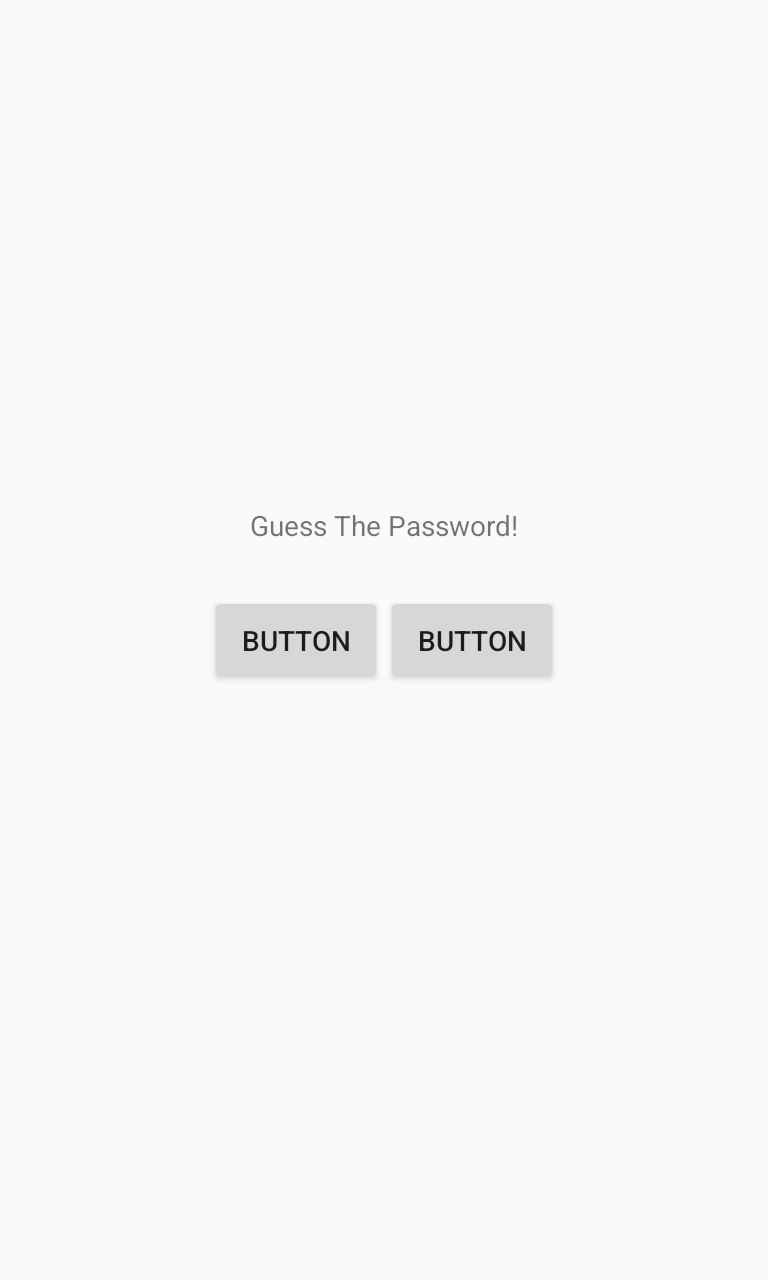
Repository: cryder3/csc303
Layout: Challenge1/res/layout/activity_topsecret.xml
The author's editor kept a copy of each file at every save. The layout is drawn from the files as they stood at one save, then again after the next save.
It is drawn on a 768 x 1280 px phone screen (xhdpi) without system bars, with theme AppTheme; the app's code is not run.

Above is the layout before, as saved 2014-09-08 15:21:03.

### Challenge1/res/layout/activity_topsecret.xml
<LinearLayout xmlns:android="http://schemas.android.com/apk/res/android"
    xmlns:tools="http://schemas.android.com/tools"
    android:id="@+id/LinearLayout1"
    android:layout_width="match_parent"
    android:layout_height="match_parent"
    android:orientation="vertical"
    android:gravity= "center"
    tools:context="${relativePackage}.${activityClass}" >

    <TextView
        android:layout_width="wrap_content"
        android:layout_height="wrap_content"
        android:padding="24dp"
        android:text="Guess The Password!"
        />

    <LinearLayout
        android:layout_width="match_parent"
        android:layout_height="wrap_content"
        android:gravity="center"
        >

        <Button
            android:id="@+id/button1"
            android:layout_width="wrap_content"
            android:layout_height="wrap_content"
            android:text="Button" />

        <Button
            android:id="@+id/button2"
            android:layout_width="wrap_content"
            android:layout_height="wrap_content"
            android:text="Button" />

    </LinearLayout>

    <TextView
        android:id="@+id/entered_text"
        android:layout_width="wrap_content"
        android:layout_height="wrap_content"
        android:padding="24dp"
        />


</LinearLayout>

Loaded but not shown: Challenge1/res/values/styles.xml (common file); Challenge1/res/values-v11/styles.xml (common file); Challenge1/res/values-v14/styles.xml (common file)

After the next save:
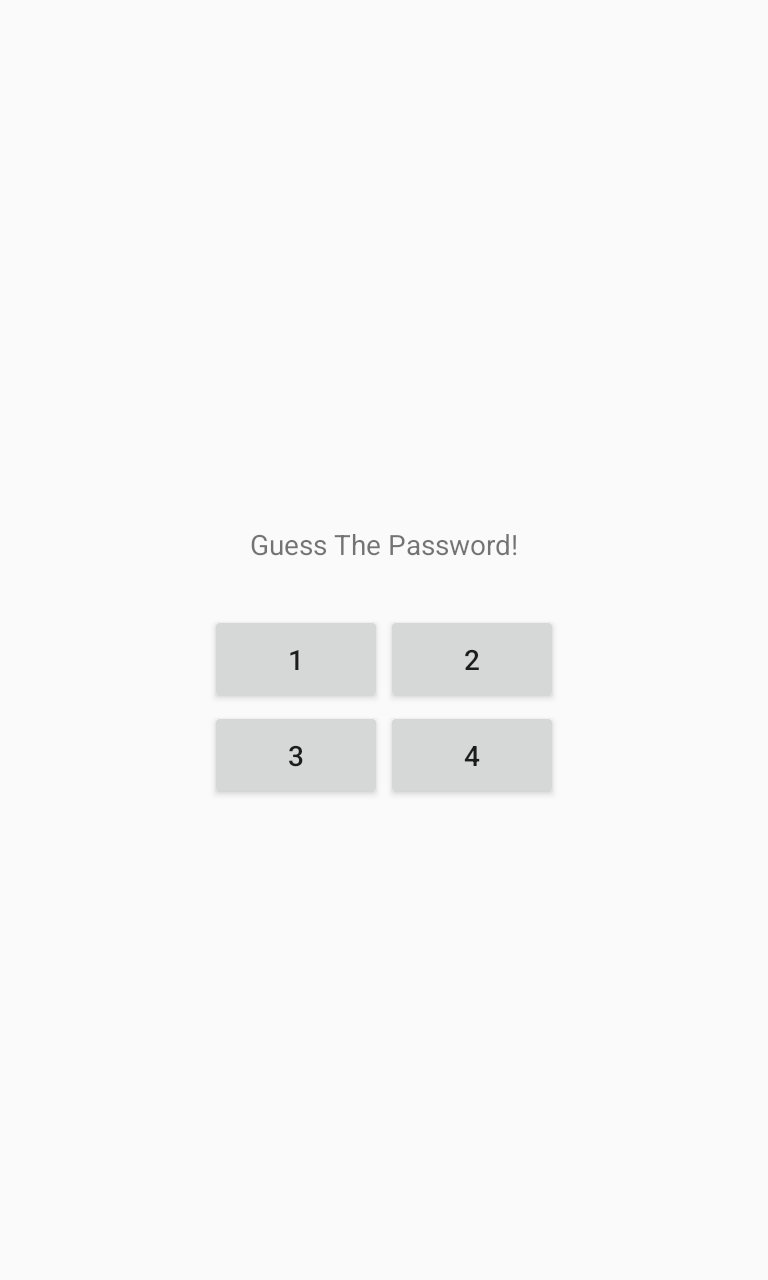
Saved 42 s later.
--- a/Challenge1/res/layout/activity_topsecret.xml
+++ b/Challenge1/res/layout/activity_topsecret.xml
@@ -24,22 +24,34 @@
             android:id="@+id/button1"
             android:layout_width="wrap_content"
             android:layout_height="wrap_content"
-            android:text="Button" />
+            android:text="1" />
 
         <Button
             android:id="@+id/button2"
             android:layout_width="wrap_content"
             android:layout_height="wrap_content"
-            android:text="Button" />
+            android:text="2" />
+
+    </LinearLayout>
+    <LinearLayout
+        android:layout_width="match_parent"
+        android:layout_height="wrap_content"
+        android:gravity="center"
+        >
+
+        <Button
+            android:id="@+id/button3"
+            android:layout_width="wrap_content"
+            android:layout_height="wrap_content"
+            android:text="3" />
+
+        <Button
+            android:id="@+id/button4"
+            android:layout_width="wrap_content"
+            android:layout_height="wrap_content"
+            android:text="4" />
 
     </LinearLayout>
 
-    <TextView
-        android:id="@+id/entered_text"
-        android:layout_width="wrap_content"
-        android:layout_height="wrap_content"
-        android:padding="24dp"
-        />
-
 
 </LinearLayout>
